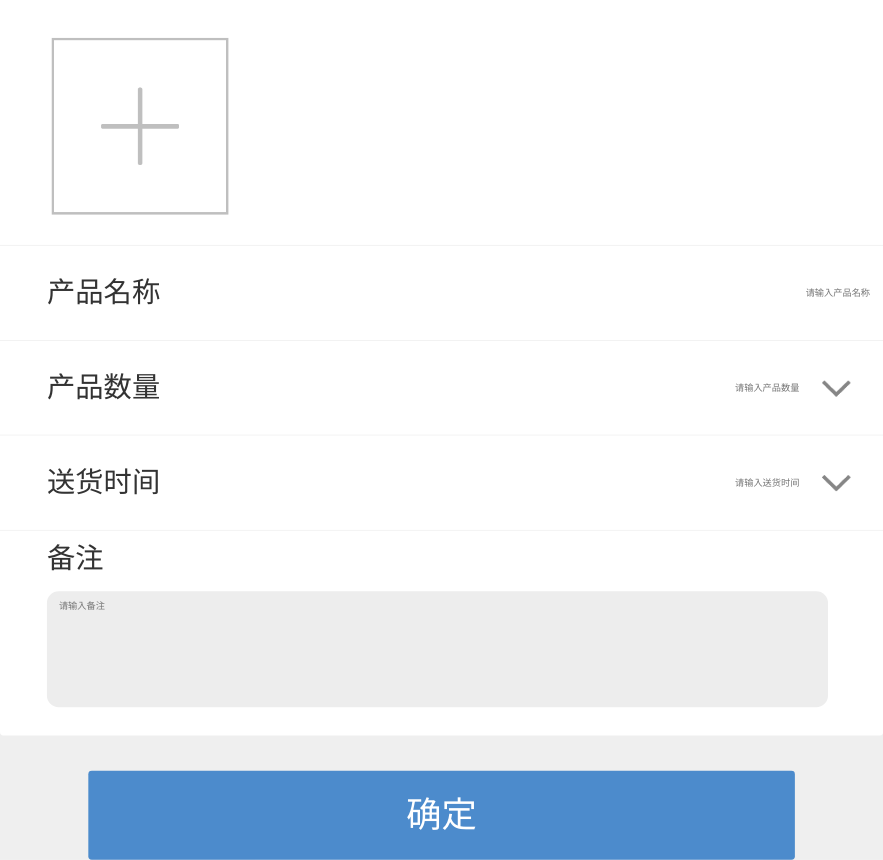
Repository: missing-star/produce
Page: Cbuyer.html
These files come from the project's save history. The page is drawn as it stood at one moment and after a run of saves; the edit follows.
The browser window is 1280 px wide. The pictures show the whole page, at 69% of full size.

Above is the page before, as saved 2019-05-20 10:52:48.

### Cbuyer.html
<!DOCTYPE html>
<html lang="en">

<head>
    <meta charset="UTF-8">
    <meta content="width=device-width, initial-scale=1.0, maximum-scale=1.0, user-scalable=0;" name="viewport" />
    <meta http-equiv="X-UA-Compatible" content="ie=edge">
    <title>采购订单</title>
    <link rel="stylesheet" href="css/Cbuyer.css">
    <link rel="stylesheet" href="css/base.css">
</head>

<body>
    <div id="app">
        <div class="buyer">
            <div class="buyer_wrap">
                <img class="buyer_img" :src="avter==''?'img/upload.png':avter" alt="">
            </div>
            <ul class="buyer_uu">
                <li>
                    <span>产品名称</span>
                    <div class="box">
                        <input type="text" v-model="title" placeholder="请输入产品名称" id="hh">
                        <!-- <span>请输入产品名称</span> -->
                        <!-- <span class="next" @click="select"></span> -->
                        <!-- <img  src="img/xia.png" alt="" > -->
                        <!-- <select name="" id="">
                            <option>1</option>
                            <option>2</option>
                            <option>3</option>
                            <option>4</option>
                        </select> -->
                    </div>

                </li>
                <li>
                    <span>产品数量</span>
                    <div class="box">
                        <!-- <span>请输入产品数量</span> -->
                        <input type="text" placeholder="请输入产品数量" id="">
                        <img class="next" src="img/xia.png" alt="">
                    </div>
                </li>
                <li>
                    <span>送货时间</span>
                    <div class="box">
                        <!-- <span>请输入产品数量</span> -->
                        <input type="text" placeholder="请输入送货时间" id="">
                        <img class="next" src="img/xia.png" alt="">
                    </div>
                </li>
            </ul>
            <div class="buyer_text">
                <p>备注</p>
                <textarea placeholder="请输入备注" name="" id="" cols="30" rows="10"></textarea>
            </div>
        </div>

        <div class="edit_btn">确定</div>
    </div>
</body>

</html>
<script src="js/jquery.min.js"></script>
<script src="js/vue.js"></script>
<script src="js/api.js"></script>
<script src="js/jquery.combo.select.js"></script>
<script src="js/Cbuyer.js"></script>

### css/Cbuyer.css
.buyer {
    width: 100%;
    background: rgba(255, 255, 255, 1);
    border-radius: 0px 0px 5px 5px;
}

.buyer_wrap {
    padding: 0.16rem 0 0.13rem 0.22rem;
    line-height: 0;
}

.buyer_img {
    width: 0.75rem;
    height: 0.75rem;
}

.buyer_uu li {
    font-size: 0.12rem;
    border-top: 1px solid #EDEDED;
    display: flex;
    align-items: center;
    justify-content: space-between;
    padding: 0 0.05rem 0 0.2rem;
    line-height: 0.4rem;
    color: #333333;
}

.box {
    display: flex;
    align-items: center;
    justify-content: flex-end;
}

.box>input {
    text-align: right;
    border: 0;
    outline: none;
    background: transparent;
    color: #868686;
}

.next {
    display: block;
    width: 0.3rem;
    height: 0.3rem;
    background: url(../img/xia.png)no-repeat;
    background-size: 100% 100%;
    line-height: 0.3rem;
}

.buyer_text {
    font-size: 0.12rem;
    color: #333333;
    padding: 0.06rem 0.2rem 0.1rem;
    border-top: 1px solid #EDEDED;
}

textarea {
    width: 96%;
    height: 0.43rem;
    background: rgba(237, 237, 237, 1);
    border-radius: 0.05rem;
    margin-top: 0.08rem;
    border: 0;
    resize: none;
    outline: none;
    padding: 0.03rem 0.05rem;
}

.edit_btn {
    width: 80%;
    height: 0.38rem;
    background: rgba(76, 139, 204, 1);
    border-radius: 5px;
    font-size: 0.15rem;
    color: rgba(255, 255, 255, 1);
    text-align: center;
    line-height: 0.38rem;
    margin: 0.15rem auto 0;
}

#Svalue {
    width: 0.3rem;
    height: 0.3rem;
    background: url(../img/xia.png)no-repeat;
    background-size: 100% 100%;
    /* color: transparent; */
}

### css/base.css
/* http://meyerweb.com/eric/tools/css/reset/
   v2.0 | 20110126
   License: none (public domain)
*/

html,
body,
div,
span,
applet,
object,
iframe,
h1,
h2,
h3,
h4,
h5,
h6,
p,
blockquote,
pre,
a,
abbr,
acronym,
address,
big,
cite,
code,
del,
dfn,
em,
img,
ins,
kbd,
q,
s,
samp,
small,
strike,
strong,
sub,
sup,
tt,
var,
b,
u,
i,
center,
dl,
dt,
dd,
ol,
ul,
li,
fieldset,
form,
label,
legend,
table,
caption,
tbody,
tfoot,
thead,
tr,
th,
td,
article,
aside,
canvas,
details,
embed,
figure,
figcaption,
footer,
header,
hgroup,
menu,
nav,
output,
ruby,
section,
summary,
time,
mark,
audio,
video {
    margin: 0;
    padding: 0;
    border: 0;
    font-size: 100%;
    font: inherit;
    vertical-align: baseline;
}

/* HTML5 display-role reset for older browsers */
article,
aside,
details,
figcaption,
figure,
footer,
header,
hgroup,
menu,
nav,
section {
    display: block;
}

body {
    line-height: 1;
}

ol,
ul {
    list-style: none;
}

blockquote,
q {
    quotes: none;
}

blockquote:before,
blockquote:after,
q:before,
q:after {
    content: '';
    content: none;
}

table {
    border-collapse: collapse;
    border-spacing: 0;
}


body,
html {
    font-size: calc(100vw / 3.75);
    background: #efefef;
    font-family: PingFangSC-Regular;
}


[v-cloak] {
    display: none;
}


hr {
    margin: 0;
    padding: 0;
}

/* .container {
    width: 90%;
    max-width: 1200px;
    margin: 0 auto;
} */

.toast-tips {
    width: 20%;
    background: #323232;
    color: #fff;
    font-size: 12px;
    position: fixed;
    padding: 8px 20px;
    border-radius: 5px;
    left: 40%;
    bottom: 50%;
    text-align: center;
    box-sizing: border-box;
}

### js/api.js
var api = "http://police.pzhkj.cn"




function getUrlKey(name) {
    return decodeURIComponent((new RegExp('[?|&]' + name + '=' + '([^&;]+?)(&|#|;|$)').exec(location.href) || [, ""])[1].replace(/\+/g, '%20')) || null
}

// 信息提示框
function toast(msg) {
    var toastWrapper = '<div class="toast-tips">'+msg+'</div>';
    $('body').append(toastWrapper);
    setTimeout(function() {
        $('.toast-tips').fadeOut(1000);
        setTimeout(function(){
        $('.toast-tips').remove();
        }, 1000);
    }, 300);
}

### js/Cbuyer.js
var xm = new Vue({
    el: "#app",
    data: {
        avter: '',
        title: '',
    },
    methods: {
        select() {
            alert(11)
            //  $(".next").find('select.Svalue').click();
            // document.getElementById('Svalue').click();
            document.getElementById("Svalue").click()
            // document.getElementById
            console.log(document.getElementById('Svalue'))
        },
        ddl_change() {
            this.title = $("#Svalue").val()
        },
        uploadImg() {
            // 上传图片
            $.post(api+'/api/common/upload',{
                product_name:this.title,
                // 商品数量
                qty:1,
                product_image:'',
                delivery_at:''
            },function(data) {

            },'json')
            .err(function(err) {
                toast('服务器异常');
            });
        },
        addOrder() {
            // 上传采购记录
            $.post(api+'/api/purchase/creOrder',function(data) {

            },'json')
            .err(function(err) {
                toast('服务器异常!');
            });
        }

    },

});




$(function () {
    $('select').comboSelect();

    $('.show').on('click', function (e) {
        $('select').focus();
        e.preventDefault();
    });

    $('.show').on('click', function (e) {
        $('select').trigger('comboselect:close');
        e.preventDefault();
    });
});

Loaded but not shown: js/jquery.min.js (library); js/vue.js (library); js/jquery.combo.select.js (library)

After the next 2 saves:
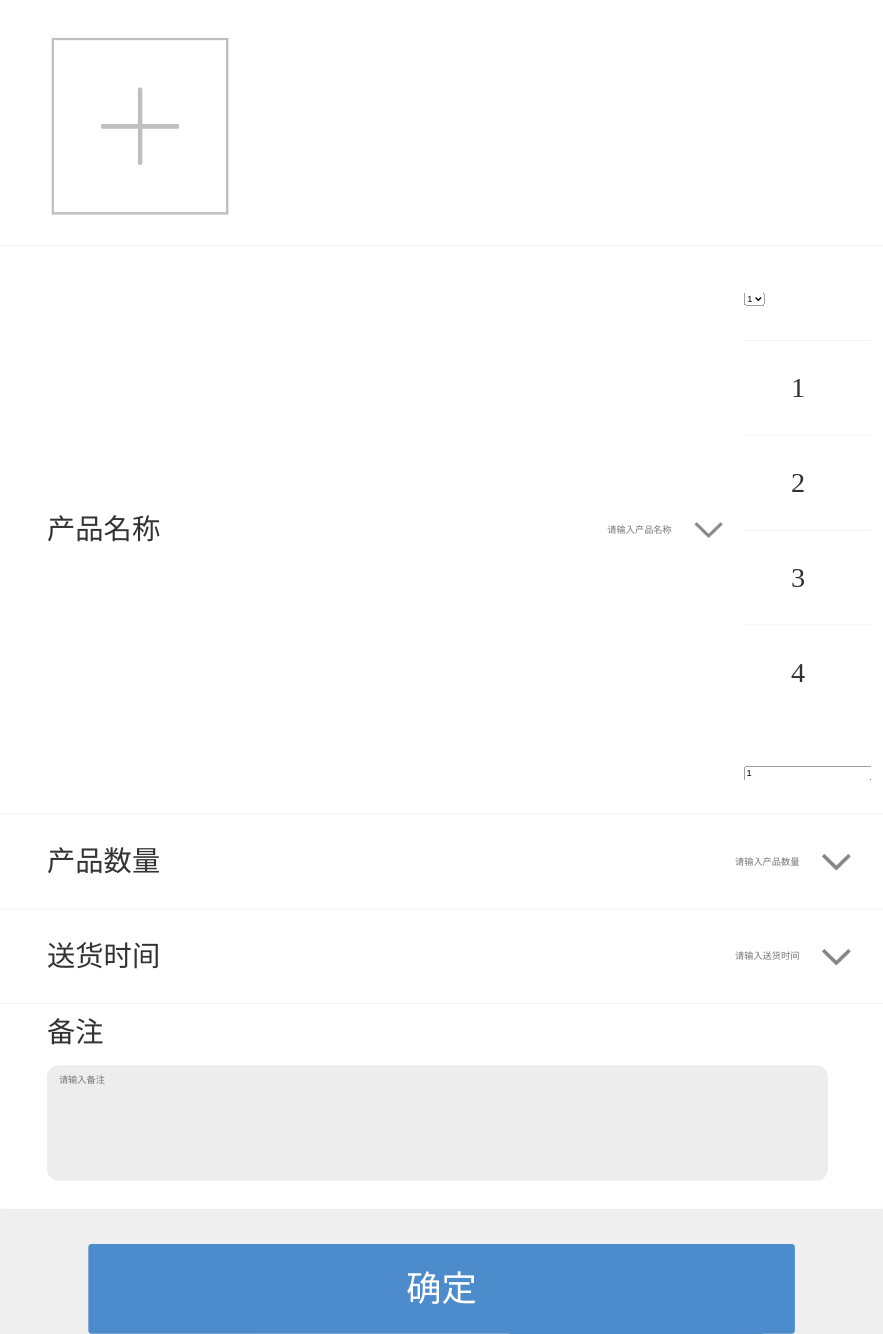
The 2 saves are shown as one change because they came seconds apart.
The last was saved 77 s later.
--- a/Cbuyer.html
+++ b/Cbuyer.html
@@ -22,14 +22,14 @@
                     <div class="box">
                         <input type="text" v-model="title" placeholder="请输入产品名称" id="hh">
                         <!-- <span>请输入产品名称</span> -->
-                        <!-- <span class="next" @click="select"></span> -->
+                        <span class="next" @click="select"></span>
                         <!-- <img  src="img/xia.png" alt="" > -->
-                        <!-- <select name="" id="">
+                        <select name="" id="">
                             <option>1</option>
                             <option>2</option>
                             <option>3</option>
                             <option>4</option>
-                        </select> -->
+                        </select>
                     </div>
 
                 </li>
